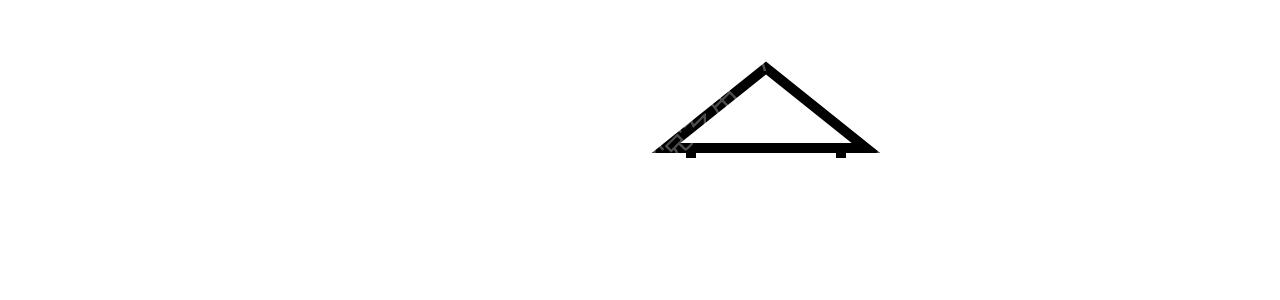
Repository: diveDylan/re-Learning
Page: webRTC.html
An editor plug-in stored every save of this project. The page is shown before and after the next save, followed by the edit.
The browser window is 1280 px wide. The pictures show the whole page.

Above is the page before, as saved 2021-04-15 13:01:07.

After the next save:
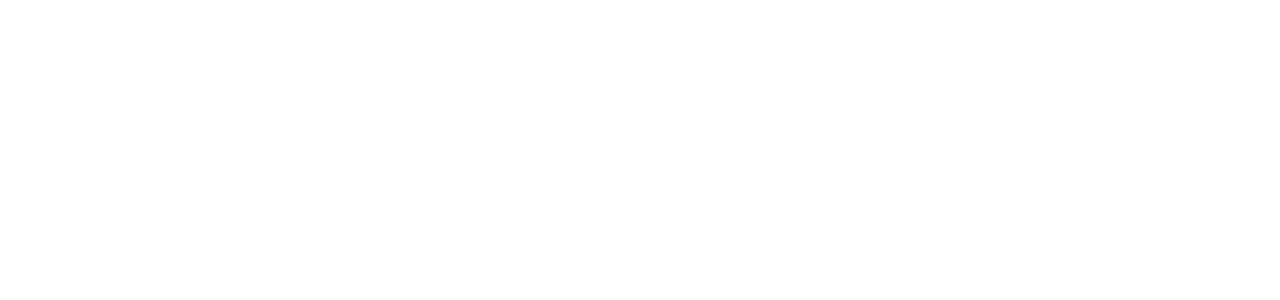
Saved 14 s later.
--- a/webRTC.html
+++ b/webRTC.html
@@ -13,22 +13,6 @@
 <script>
  function main () {
   function waterMask(ctx, w, maxW) {
-// Set line width
-ctx.lineWidth = 10;
-
-// Wall
-ctx.strokeRect(75, 140, 150, 110);
-
-// Door
-ctx.fillRect(130, 190, 40, 60);
-
-// Roof
-ctx.beginPath();
-ctx.moveTo(50, 140);
-ctx.lineTo(150, 60);
-ctx.lineTo(250, 140);
-ctx.closePath();
-ctx.stroke();
       while (w < maxW) {
         const REPEAT_NUM = 3; //  取巧重复x方向
         const text = `潜水党专用    `; // 水印文本 空格用于x间隙

After the save that followed:
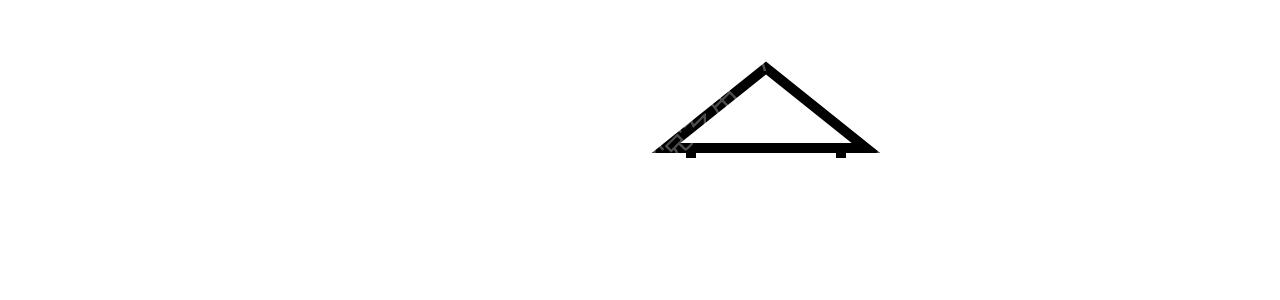
Saved 20 s later.
--- a/webRTC.html
+++ b/webRTC.html
@@ -13,6 +13,22 @@
 <script>
  function main () {
   function waterMask(ctx, w, maxW) {
+// Set line width
+ctx.lineWidth = 10;
+
+// Wall
+ctx.strokeRect(75, 140, 150, 110);
+
+// Door
+ctx.fillRect(130, 190, 40, 60);
+
+// Roof
+ctx.beginPath();
+ctx.moveTo(50, 140);
+ctx.lineTo(150, 60);
+ctx.lineTo(250, 140);
+ctx.closePath();
+ctx.stroke();
       while (w < maxW) {
         const REPEAT_NUM = 3; //  取巧重复x方向
         const text = `潜水党专用    `; // 水印文本 空格用于x间隙
